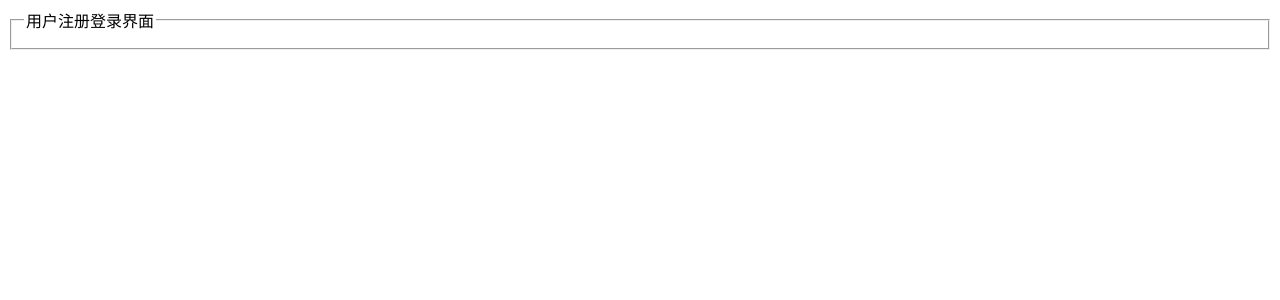
Repository: 420112677/SpringMVC
Page: http://localhost/SpringMVCTeset/login.jsp
An editor plug-in stored every save of this project. The page is shown before and after the next save, followed by the edit.
The browser window is 1280 px wide. The pictures show the whole page.
The page is served by Tomcat 9. Other server files are loaded and not shown.

Above is the page before, as saved 2019-02-14 13:32:17.

### SpringMVCTeset/src/main/webapp/login.jsp
<%@ page language="java" contentType="text/html; charset=utf-8"
    pageEncoding="utf-8"%>
<!DOCTYPE html PUBLIC "-//W3C//DTD HTML 4.01 Transitional//EN" "http://www.w3.org/TR/html4/loose.dtd">
<html>
<head>
<meta http-equiv="Content-Type" content="text/html; charset=utf-8">
<title>Insert title here</title>
</head>
<body>
	<fieldset>
		<legend>用户注册登录界面</legend>
		<form action="/login"></form>
	</fieldset>
</body>
</html>

After the next save:
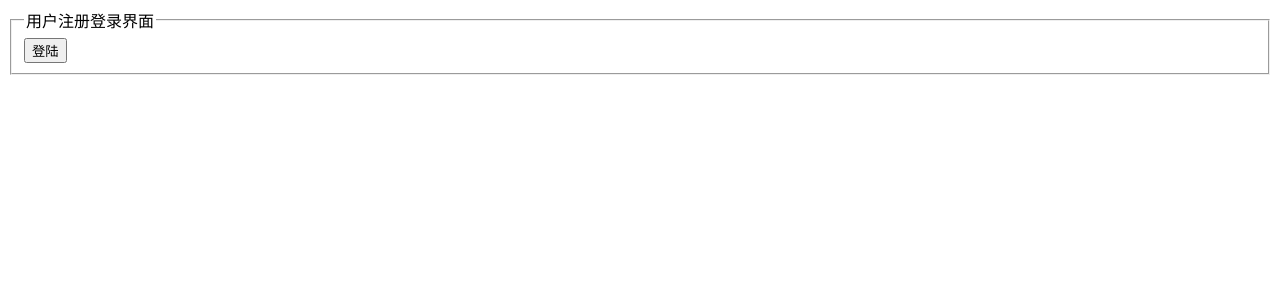
Saved 45 s later.
--- a/SpringMVCTeset/src/main/webapp/login.jsp
+++ b/SpringMVCTeset/src/main/webapp/login.jsp
@@ -9,7 +9,9 @@
 <body>
 	<fieldset>
 		<legend>用户注册登录界面</legend>
-		<form action="/login"></form>
+		<form action="/login">
+			<button>登陆</button>
+		</form>
 	</fieldset>
 </body>
 </html>
